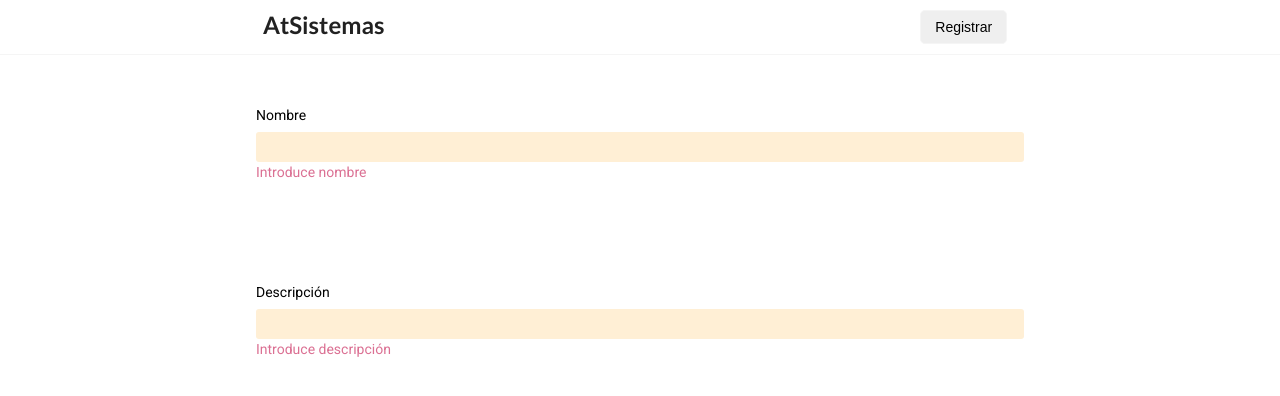
Repository: banchiec/atsistemas
Page: /site/register-site
An editor plug-in stored every save of this project. The page is shown before and after the next save, followed by the edit.
The browser window is 1280 px wide. The pictures show the whole page.
The project was rebuilt for these pictures with package versions that can differ from the ones it lists, and the page was loaded fresh each time. Also part of the build but not shown: src/components/SiteCard/SiteCard.js, src/redux/actions/sitesActions.js, src/screens/SiteScreen/SiteScreen.js, src/screens/SiteDetailsScreen/SiteDetailsScreen.js.

Above is the page before, as saved 2022-08-16 14:16:27.

### src/index.js
import React from "react";
import ReactDOM from "react-dom";
import App from "./App";
import store from "./redux/store";
import { Provider } from "react-redux";

ReactDOM.render(
  <React.StrictMode>
    <Provider store={store}>
      <App />
    </Provider>
  </React.StrictMode>,
  document.getElementById("root")
);

### src/App.js
import React from "react";
import { BrowserRouter as Router, Switch, Route } from "react-router-dom";
import SiteScreen from "./screens/SiteScreen/SiteScreen";
import SiteDetailsScreen from './screens/SiteDetailsScreen/SiteDetailsScreen'
import Header from "./components/Header/Header";
import "./App.css";
import RegisterSiteScreen from "./screens/RegisterSiteScreen/RegisterSiteScreen";

function App() {
  return (
    <div className="App">
      <Header/>
      <Router>
        <Switch>
          <Route path="/" exact component={SiteScreen} />
          <Route path="/site/register-site" exact component={RegisterSiteScreen} />
          <Route path="/site/:siteId" exact component={SiteDetailsScreen} />
          <Route>404 Not Found!</Route>
        </Switch>
      </Router>
    </div>
  );
}

export default App;

### src/components/Header/Header.js
import {ContainerHeader} from './headerStyled'

const Header = () => {
  function handleClick(){
    console.log("Object");
  }
	return(
    <ContainerHeader>
      <div>
        <h2>AtSistemas</h2>
      </div>
      <div>
        <button onClick={handleClick}>Registrar</button>
      </div>
    </ContainerHeader>
	)
}
export default Header

### src/App.css
* {
  font-family: "Roboto", sans-serif;
  padding: 0;
  margin: 0;
}

.ui.cards > .card > .image {
  height: 250px;
  padding: 20px;
  background: #fff;
  margin: auto;
}
.ui.cards > .card > .image > img {
  height: 100%;
  max-width: 100%;
  width: auto;
}
.ui.cards > .card > .content > .header {
  height: 48px;
  overflow: hidden;
  margin-bottom: 5px;
}
.ui.cards > .card > .content > .list{
  height: 36px;
  margin-bottom: 0px;
  overflow: hidden;
}
.ui.cards > .card .meta.name{
  margin-bottom: 5px;
  font-size: 18px;
  color: #333;
  font-weight: 600;
}

.ui.cards > .card .meta.name> a {
  font-size: 1.3rem;
  color: #222;
}

.ui.menu.fixed {
  height: 60px;
  padding-top: 15px;
}

.ui.grid.container {
  margin-top: 200px;
}

.ui.grid > .row {
  background: #fff;
}
.ui.grid > .row > .column.lp {
  padding: 20px 40px 20px 20px;
  align-self: flex-start !important;
}
.ui.grid > .row > .column.rp {
  padding: 20px 20px 20px 40px;
  text-align: left;
  align-self: flex-start !important;
}

.ui.grid > .row > .column > img,
.ui.grid > .row > img {
  height: 100%;
}
.ui.placeholder .header:not(:first-child):before,
.ui.placeholder .image:not(:first-child):before,
.ui.placeholder .paragraph:not(:first-child):before {
  display: none;
}

.ui.label,
.ui.labels .label {
  font-size: 22px;
}

.column.rp h1 {
  color: #333;
}
.column.rp p {
  font-size: 18px;
  color: #777;
}
.ui.placeholder.segment .column .button,
.ui.placeholder.segment .column .field,
.ui.placeholder.segment .column textarea,
.ui.placeholder.segment .column > .ui.input {
  background-color: #ff3e6c;
  border: 1px solid #ff3e6c;
  color: #fff;
  font-size: 18px;
  margin-left: 0;
}

### src/screens/RegisterSiteScreen/RegisterSiteScreen.js
import { ContainerRegisterSiteScreen, FormControl, Input, Label, Message } from "./registerSiteScreenStyled"

const RegisterSiteScreen = () => {

	const handleSubmit = () => {
		console.log("object");
	}
	return(
		<ContainerRegisterSiteScreen>
			<FormControl>
				<Label htmlFor="label">Nombre</Label>
				<Input id='label'/>
				<Message>Introduce nombre</Message>
			</FormControl>
			<FormControl>
				<Label htmlFor="label">Descripción</Label>
				<Input id='label'/>
				<Message>Introduce descripción</Message>
			</FormControl>
		</ContainerRegisterSiteScreen>
	)
}
export default RegisterSiteScreen

### src/redux/reducers/index.js
import { combineReducers } from "redux";
import { sitesReducer, selectedSiteReducer } from "./sitesReducer";
const reducers = combineReducers({
  allSites: sitesReducer,
  site: selectedSiteReducer,
});
export default reducers;

### src/components/Header/headerStyled.js
import styled from 'styled-components'

const ContainerHeader = styled.div`
	display: flex;
	flex-direction: row;
	border-bottom: 1px solid whitesmoke;
	justify-content: space-around;
	div {
		padding: 10px;
		button{
			border-radius: 5px;
			padding: 8px 14px 8px 14px;
			border: 1px solid whitesmoke;
			margin: 0px 10px 0px 10px;
			:hover {
				background: black ;
				color: white;
				transition: 1s ease-out;
			}
		}
	}
`
export {
	ContainerHeader
}

### src/screens/RegisterSiteScreen/registerSiteScreenStyled.js
import styled from "styled-components";

export const ContainerRegisterSiteScreen = styled.div`
	display: flex;
	flex-direction: column;
	justify-content: center;
	align-items: center;
`
export const FormControl = styled.div`
	color: palevioletred;
	display: block;
	width: 60%;
	margin: 50px auto;
`
export const Label = styled.label`
	display: block;
	margin-bottom: 0.5em;
	color: black;
`
export const Input = styled.input`
	padding:  0.5em;
	color: black;
	background:  papayawhip;
	border: none;
	border-radius: 3px;
	width: 100%;
`
export const Message = styled.label`
	color: palevioletred;
	display: block;
`

### src/redux/reducers/sitesReducer.js
import { ActionTypes } from "../constants/action-types";
const intialState = {
  sites: [],
};

export const sitesReducer = (state = intialState, { type, payload }) => {
  switch (type) {
    case ActionTypes.SET_SITES:
      return {
        ...state,
        sites: payload
      };
    default:
      return state;
  }
};

export const selectedSiteReducer = (state = {}, { type, payload }) => {
  switch (type) {
    case ActionTypes.SELECTED_SITE:
      return {
        ...state,
        ...payload
      };
    case ActionTypes.REMOVE_SELECTED_SITE:
      return {};
    default:
      return state;
  }
};

### src/redux/constants/action-types.js
export const ActionTypes = {
  FETCH_SITES: 'FETCH_SITES',
  SET_SITES: "SET_SITES",
  SELECTED_SITE: "SELECTED_SITE",
  REMOVE_SELECTED_SITE: "REMOVE_SELECTED_SITE",
};

Loaded but not shown: public/index.html (common file); src/redux/store.js (common file)

After the next save:
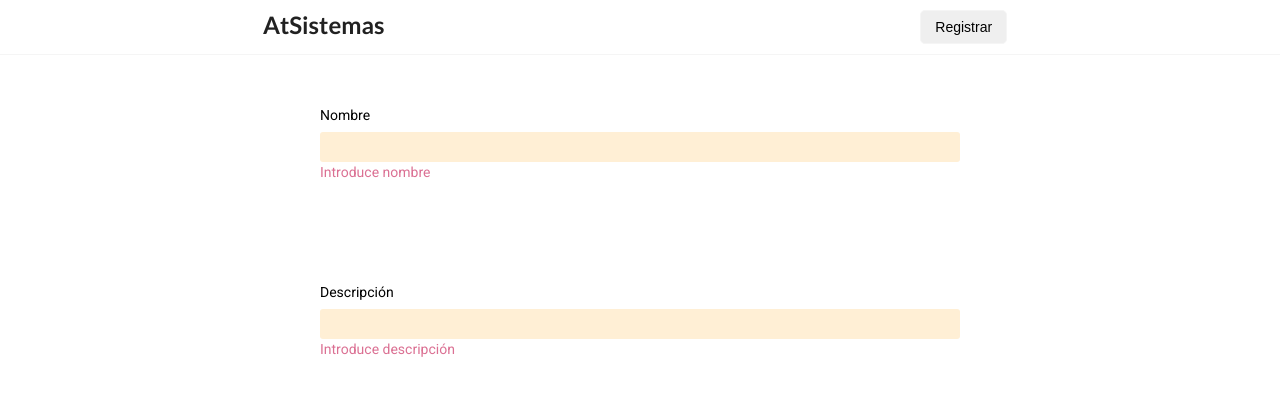
Saved 6 s later.
--- a/src/screens/RegisterSiteScreen/registerSiteScreenStyled.js
+++ b/src/screens/RegisterSiteScreen/registerSiteScreenStyled.js
@@ -9,7 +9,7 @@ export const ContainerRegisterSiteScreen = styled.div`
 export const FormControl = styled.div`
 	color: palevioletred;
 	display: block;
-	width: 60%;
+	width: 50%;
 	margin: 50px auto;
 `
 export const Label = styled.label`
